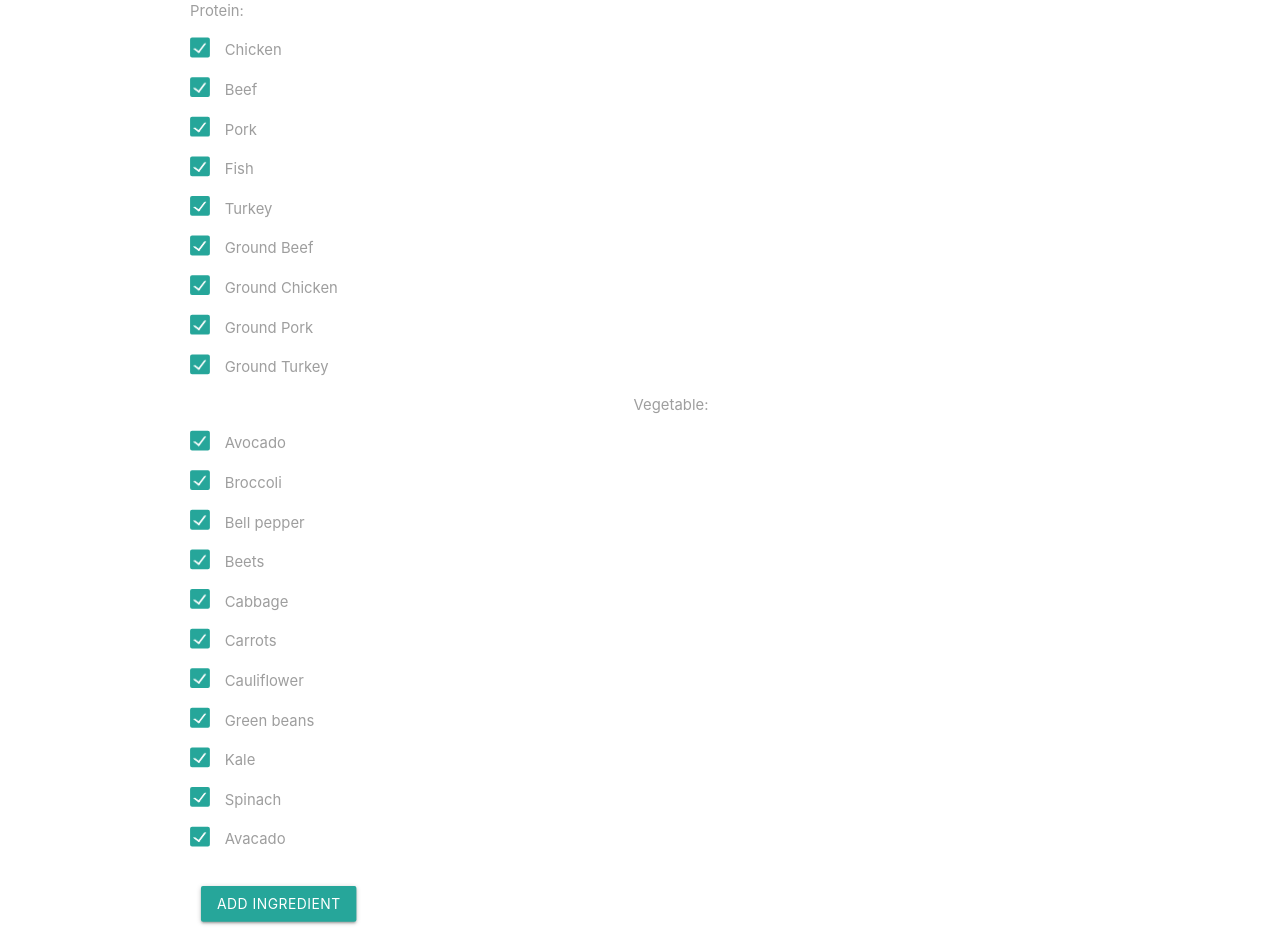
Repository: Aaron-R-Carter/Project1
Page: prototype.html
An editor plug-in stored every save of this project. The page is shown before and after the next save, followed by the edit.
The browser window is 1280 px wide. The pictures show the whole page, at 99% of full size.

Above is the page before, as saved 2019-10-31 23:39:14.
Console error: SyntaxError: Unexpected token '<'

After the next save:
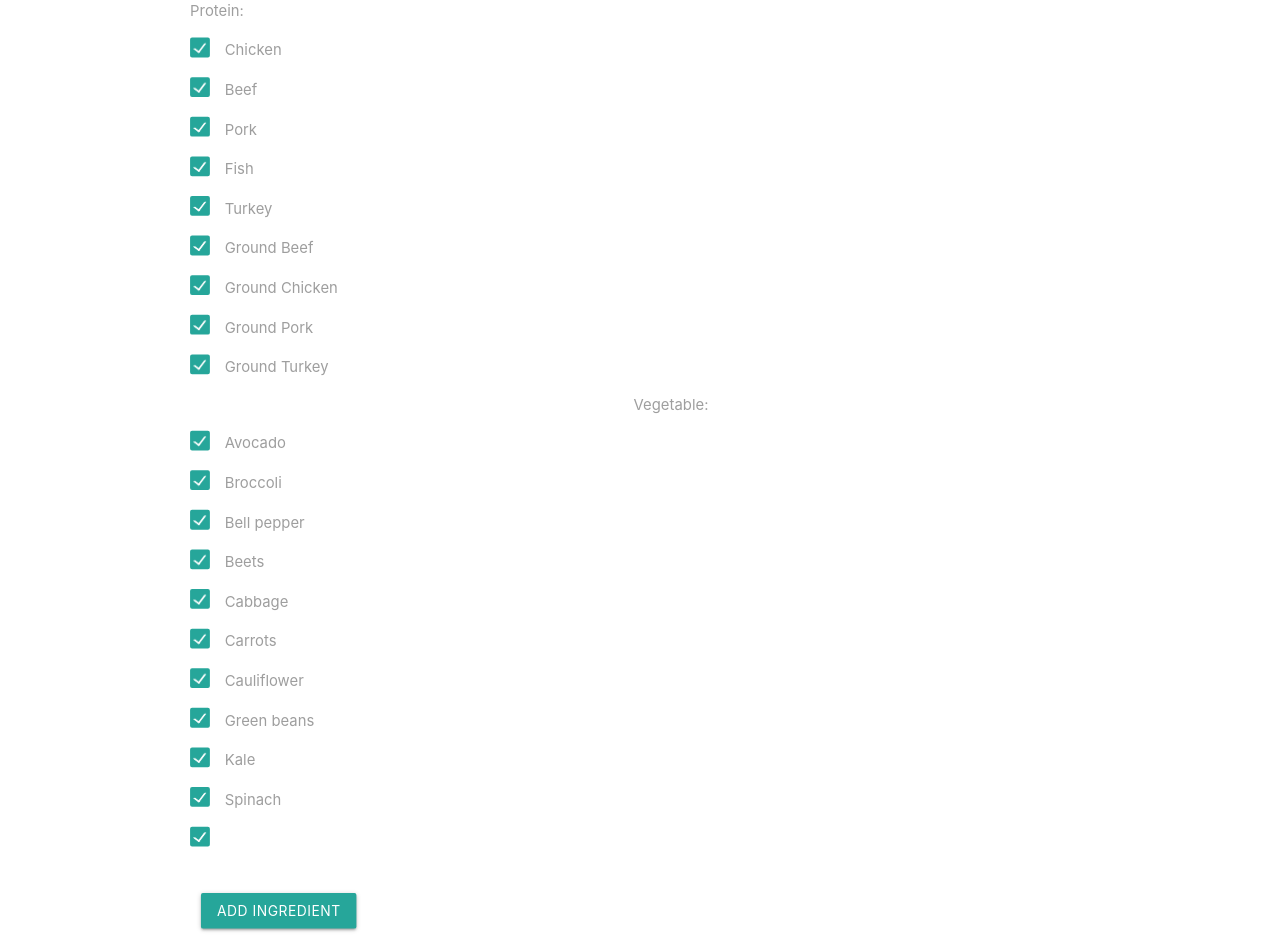
Saved 15 s later.
--- a/prototype.html
+++ b/prototype.html
@@ -142,7 +142,7 @@
                         <p>
                             <label>
                                 <input type="checkbox" class="filled-in" checked="checked" />
-                                <span>Avacado</span>
+                                <span></span>
                             </label>
                         </p>
                     </form>
